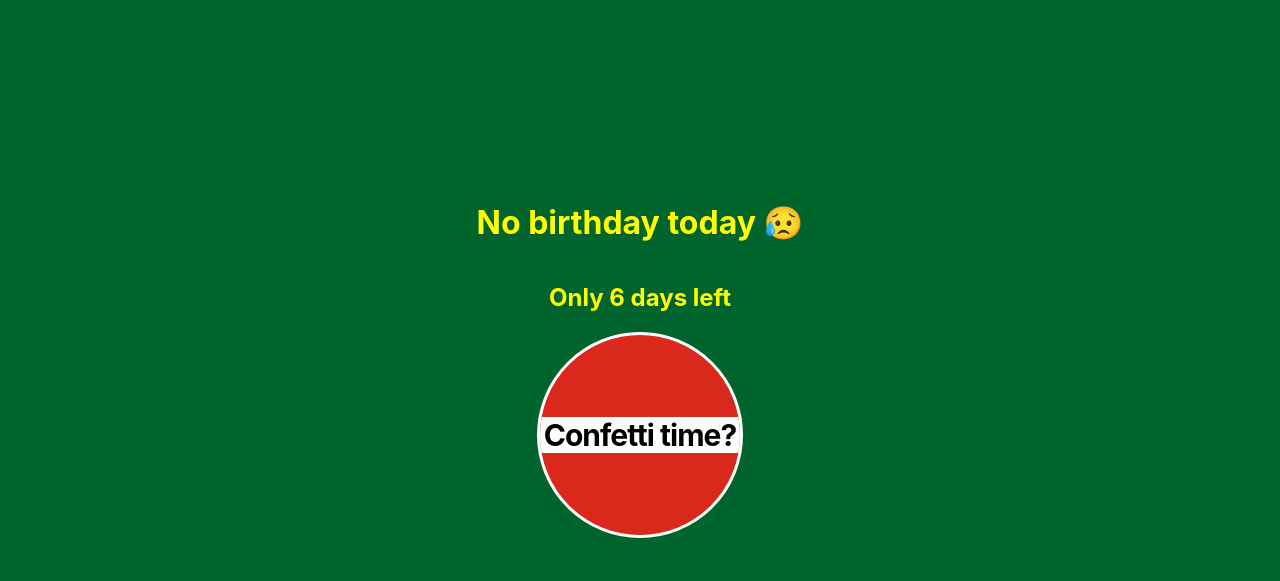
Repository: David-Waite/HannahsBirthdayWebsite
Page: /
The author's editor kept a copy of each file at every save. The page is drawn from the files as they stood at one save, then again after the next save.
The browser window is 1280 px wide. The pictures show the whole page.
The project was rebuilt for these pictures with package versions that can differ from the ones it lists, and the page was loaded fresh each time.

Above is the page before, as saved 2023-03-30 18:29:34.

After the next save:
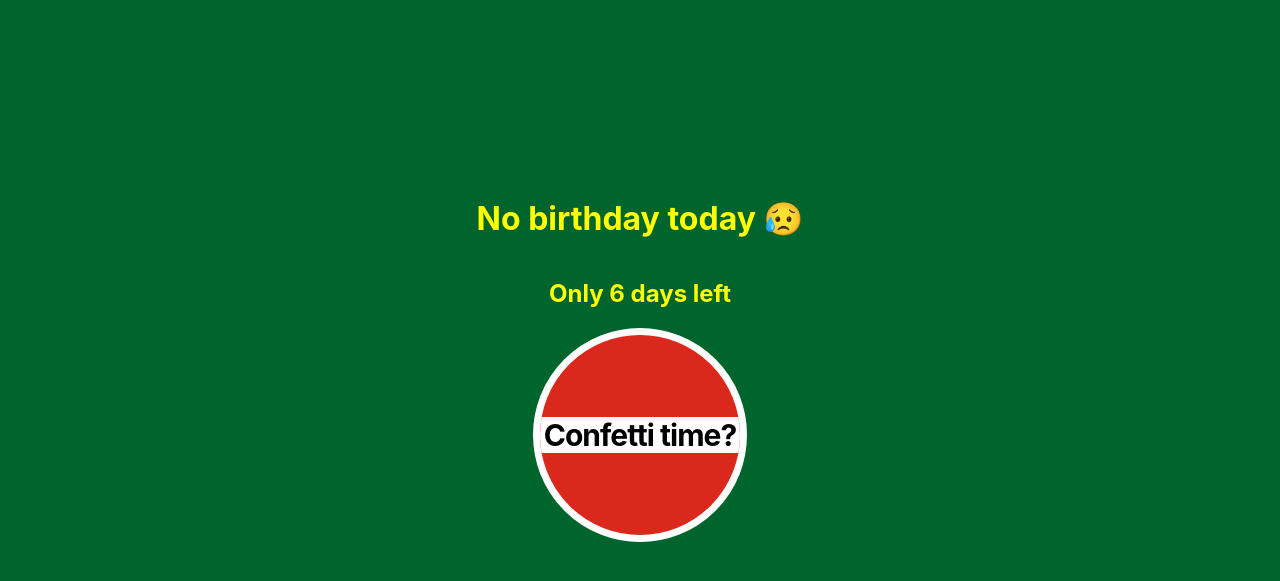
Saved 5 s later.
--- a/src/index.css
+++ b/src/index.css
@@ -27,7 +27,7 @@ body {
   overflow: hidden;
   background-color: #da291c;
   border-radius: 50%;
-  border: 3px solid white;
+  border: 7px solid white;
 }
 .buttonCon p {
   border: none;
